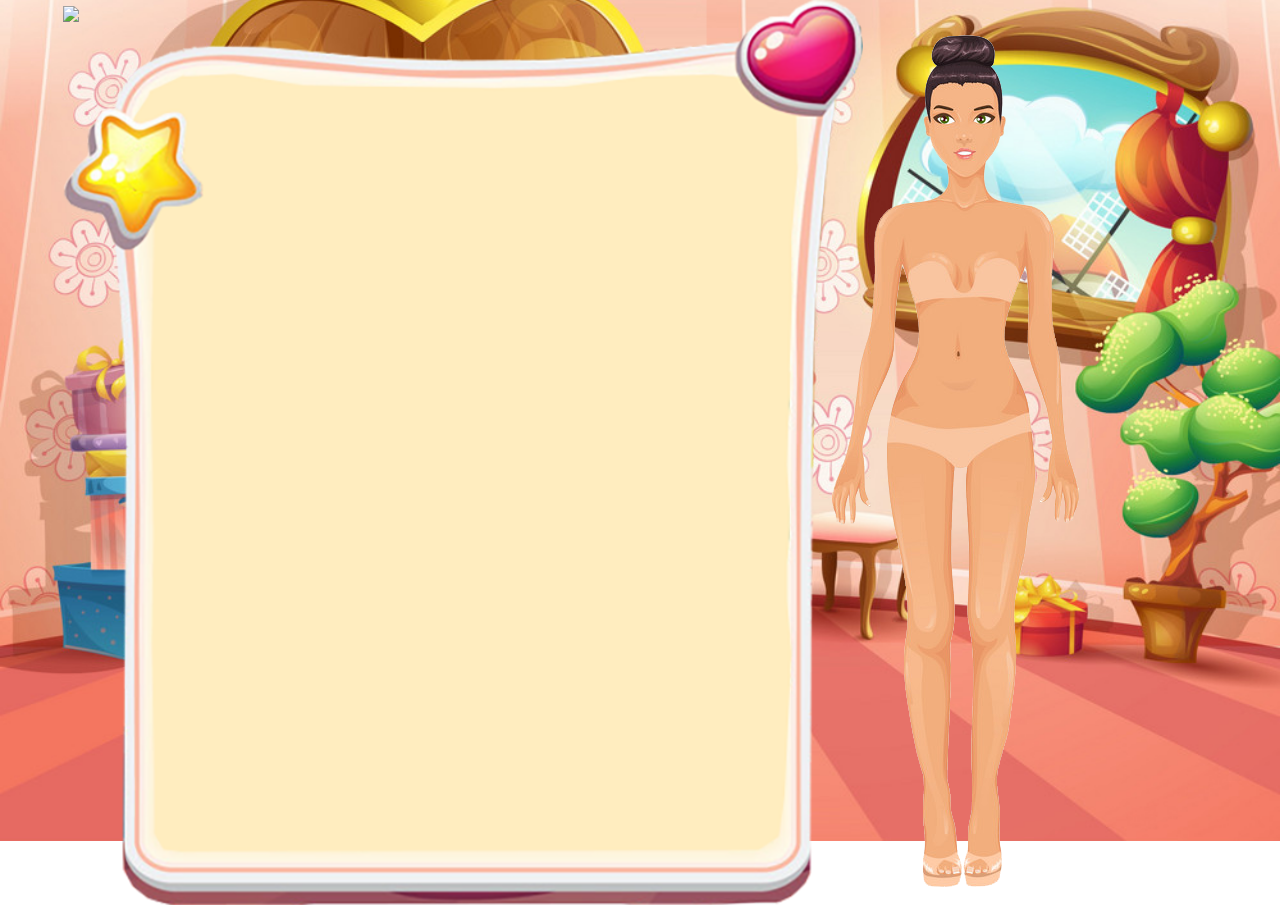
Repository: bunbubam/GameThayDoReactjs_NguyenKhacNghia
Page: /
These files come from the project's save history. The page is drawn as it stood at one moment and after the next save; the edit follows.
The browser window is 1280 px wide. The pictures show the whole page.
The project was rebuilt for these pictures with package versions that can differ from the ones it lists, and the page was loaded fresh each time.

Above is the page before, as saved 2022-03-30 15:33:02.
Not found: public/assets/947.jpg

After the next save:
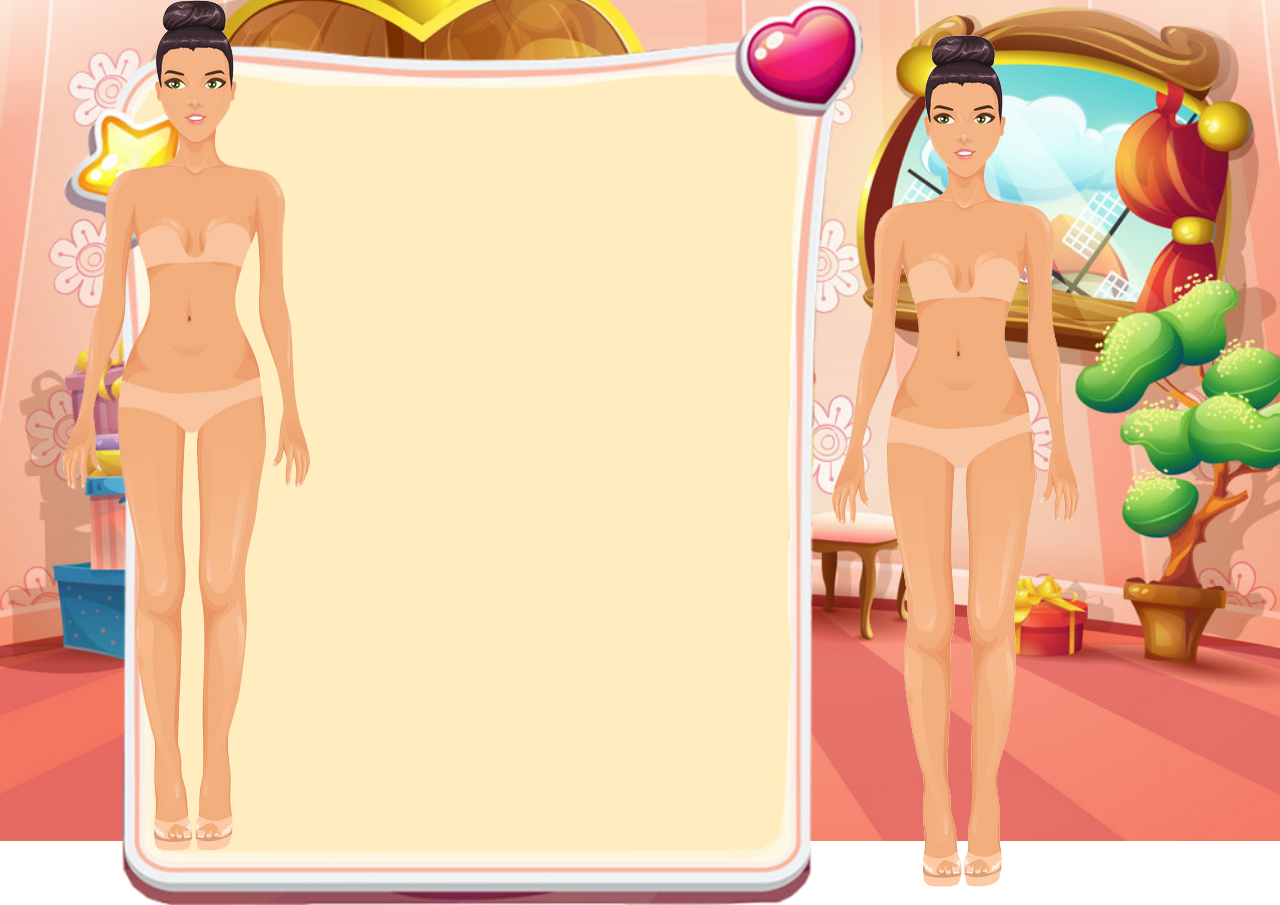
Saved 63 s later.
--- a/src/gamethaydo/dress.js
+++ b/src/gamethaydo/dress.js
@@ -33,7 +33,7 @@ changeClothing = (imgs) => {
                             <div className='clothing-box ml-md-5'>
                                 <div className='row'>
                                     <div className='col-12 col-xl-4'>
-                                        <img onClick={()=>this.changeClothing(Clothing1)} src='../gamethaydo/../../public/assets/947.jpg' className='img-fluid'/>
+                                        <img onClick={()=>this.changeClothing(Clothing1)} src={Girl} className='img-fluid'/>
                                     </div>
                                 </div>
                             </div>
